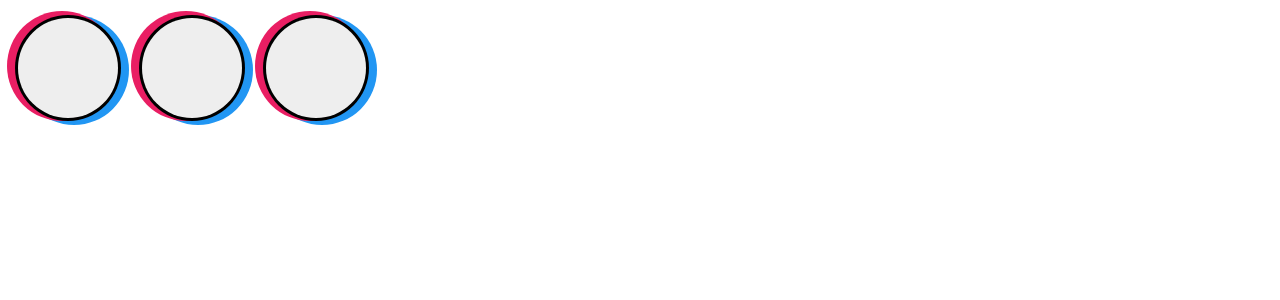
Repository: Body789/CSS_ELZERO
Page: Assignments/Assigmennt_10/Assignment_1/index.html
These files come from the project's save history. The page is drawn as it stood at one moment and after the next save; the edit follows.
The browser window is 1280 px wide. The pictures show the whole page.

Above is the page before, as saved 2022-09-18 00:28:09.

After the next save:
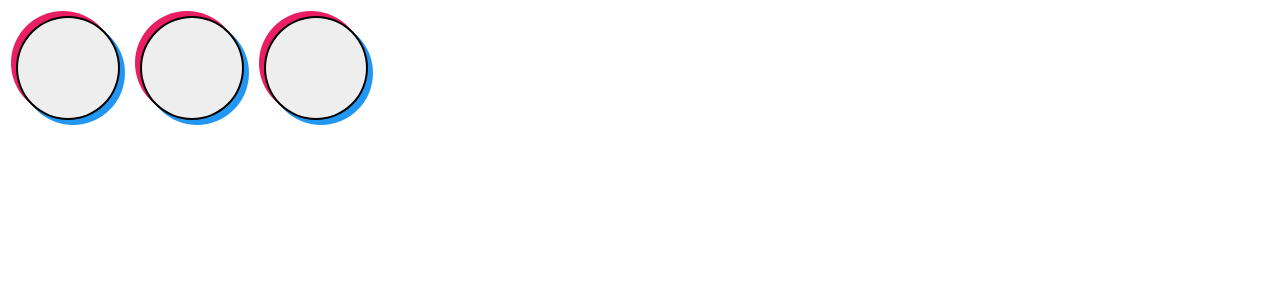
Saved 4 min 16 s later.
--- a/Assignments/Assigmennt_10/Assignment_1/Css/style.css
+++ b/Assignments/Assigmennt_10/Assignment_1/Css/style.css
@@ -1,8 +1,8 @@
 div {
   box-shadow:
-    0px 0px 0px 3px black,
-    -6px -2px 0px 5px #e91e63,
-    6px 2px 0px 5px #2196f3;
+    0px 0px 0px 2px black,
+    -5px -5px 0px 2px #e91e63,
+    5px 5px 0px 2px #2196f3;
   width: 100px;
   height: 100px;
   display: inline-block;
